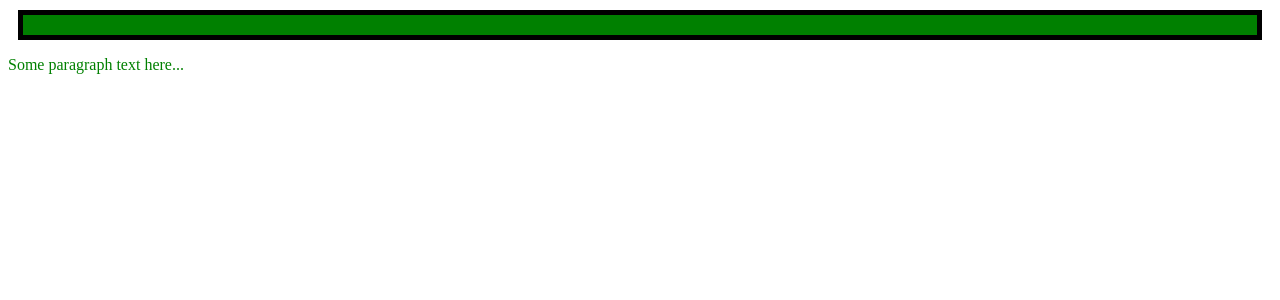
Repository: badiattila/cloud9test
Page: index.html
The author's editor kept a record of every edit. The page is drawn from the files as they stood at one moment, then again after the next edit.
The browser window is 1280 px wide. The pictures show the whole page.

Above is the page before.

### index.html
<!DOCTYPE html>
<html>
	<head>
		<title>Test Page</title>
		<link rel="stylesheet" href="css/style.css" type="text/css" />
	</head>
	<body>
	<header></header>
	<container>
		<p>Some paragraph text here...</p>
	</container>
	<footer></footer>
	</body>
</html>

### css/style.css
p {
    color: green;
}

header {
    background-color: green;
    padding: 10px;
    margin: 10px;
    border: 5px solid black;
}

After the next edit:
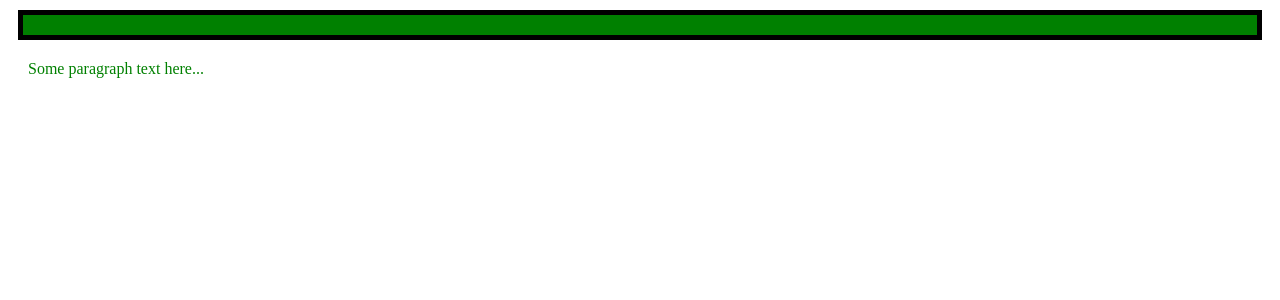
The edit:
--- a/css/style.css
+++ b/css/style.css
@@ -1,5 +1,7 @@
 p {
     color: green;
+    padding: 10px;
+    margin: 10px;
 }
 
 header {
